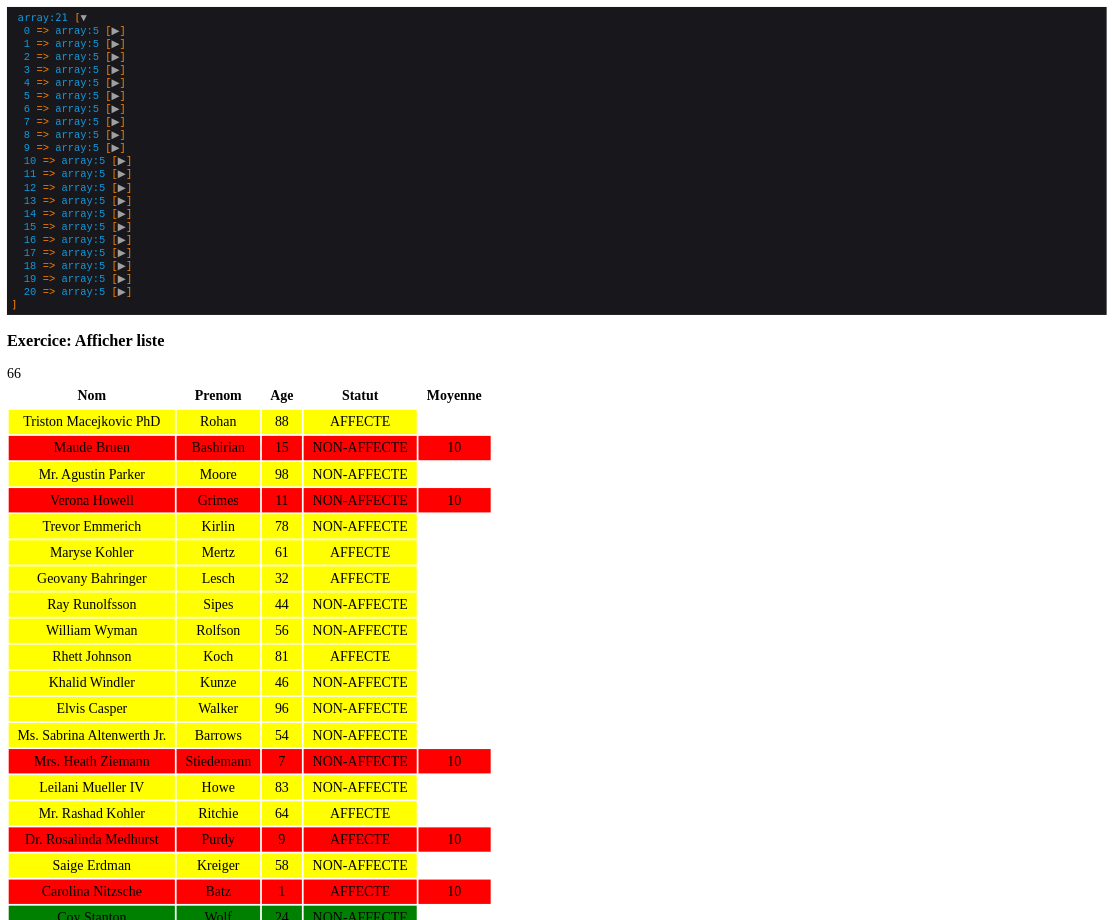
Repository: Bfabien99/PHPREPO
Page: http://localhost/
The author's editor kept a copy of each file at every save. The page is drawn from the files as they stood at one save, then again after the next save.
The browser window is 1280 px wide. The pictures show the whole page, at 87% of full size.
The page is run by PHP 8.4 with error messages shown; the project is at /var/www/html/.

Above is the page before, as saved 2021-12-10 11:19:19.

After the next save:
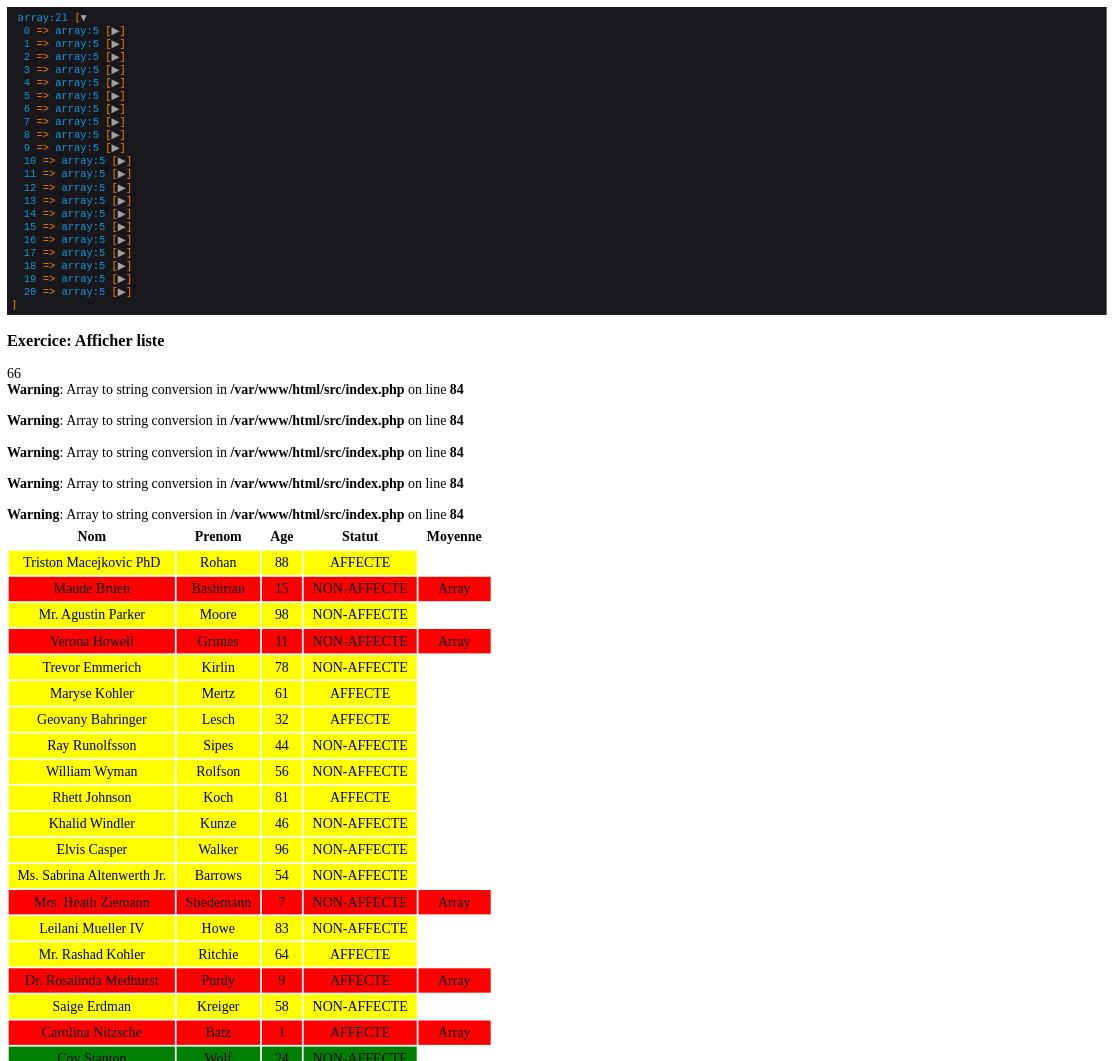
Saved 41 s later.
--- a/MakeFakeData/src/index.php
+++ b/MakeFakeData/src/index.php
@@ -81,7 +81,7 @@ dump($list);
                     <td>'.$value["prenom"].'</td>
                     <td>'.$value["age"].'</td>
                     <td>'.$value["statut"].'</td>
-					<td>'.count($value["notes"]).'</td>
+					<td>'.$value["notes"].'</td>
                     </tr>';
 					break;
                 case ($age > 18 && $age < 25):
